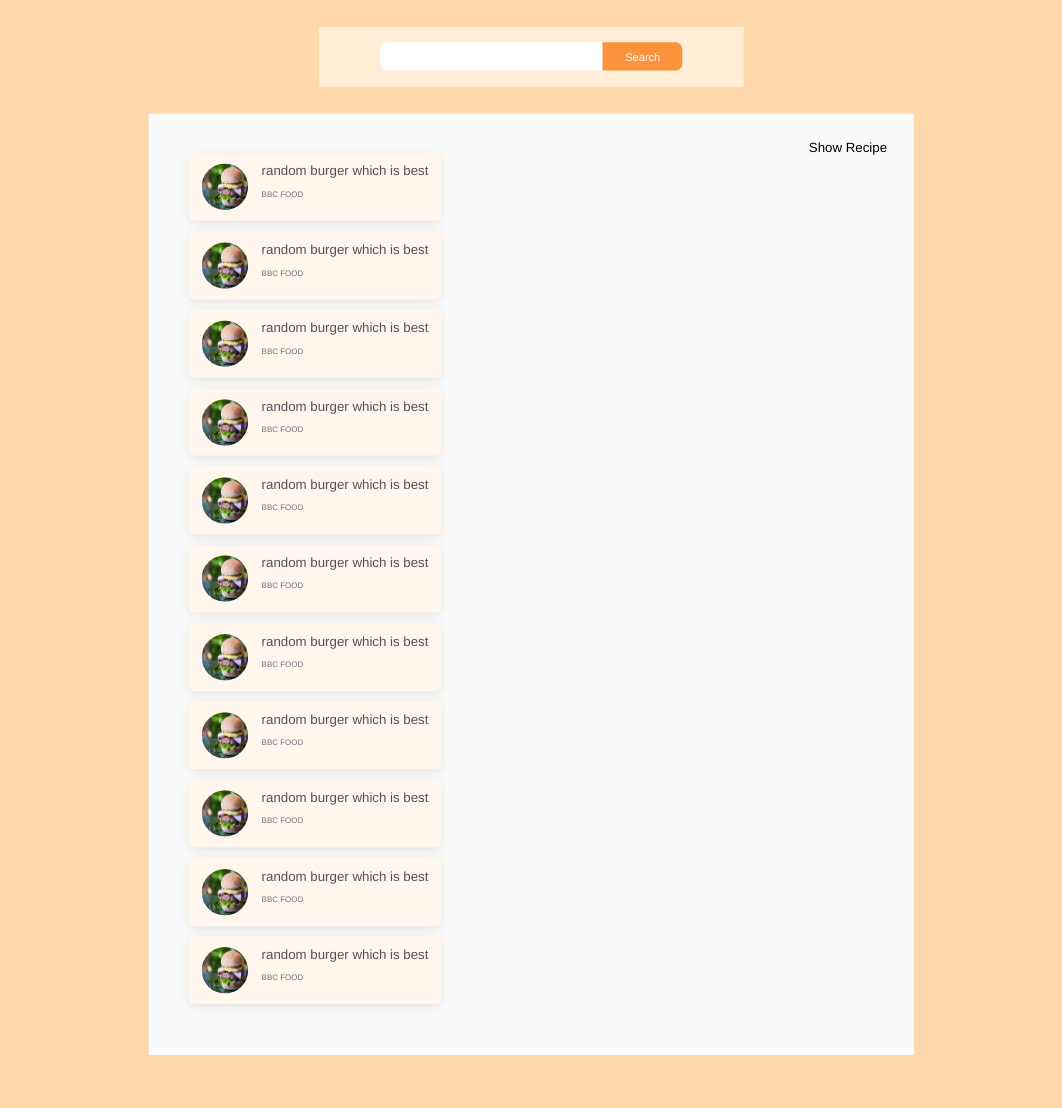
Repository: sandipkarmokar/recipeApp
Page: /
The author's editor kept a copy of each file at every save. The page is drawn from the files as they stood at one save, then again after the next save.
The browser window is 1280 px wide. The pictures show the whole page, at 83% of full size.
The project was rebuilt for these pictures with package versions that can differ from the ones it lists, and the page was loaded fresh each time.

Above is the page before, as saved 2022-04-16 12:27:28.

### src/App.js
import { useState } from 'react';
import './App.css';
import SearchBar from './components/searchBar';
import ListView from './components/listView';
import RecipeShow from './components/recipeShow';

const App = () => {
    const [query, setQuery] = useState('');
    const [recipeList, setRecipeList] = useState([]);
    const [isLoading, setIsLoading] = useState(true);
    const [recipeId, setRecipeId] = useState('');

    const url = `https://forkify-api.herokuapp.com/api/search?q=${query}`;
    const recipeUrl = `https://forkify-api.herokuapp.com/api/get?rId=${recipeId}`;

    return (
        <div className="app">
            <div className="app-container">
                <SearchBar></SearchBar>
                <div className="recipe-modal">
                    <ListView></ListView>
                    <RecipeShow></RecipeShow>
                </div>
            </div>
        </div>
    );
};

export default App;

### src/App.css
* {
    margin: 0;
    padding: 0;
    box-sizing: border-box;
    font-family: Helvetica, sans-serif;
}

.app {
    height: 100%;
    width: 100vw;
    background-color: #fed7aa;
}

.app .app-container {
    margin: 0 auto;
    width: 80%;
    padding: 2rem 0;
    display: flex;
    justify-content: center;
    flex-direction: column;
}

.app .app-container .searchBar {
    width: 50%;
    background-color: #ffedd5;
    padding: 1.2rem 1rem;
    margin: 0 auto;
    width: 50%;
    display: flex;
    justify-content: center;
}
.app .app-container .searchBar .searchBar-container {
    width: 80%;
    margin: 0 auto;
    display: flex;
    justify-content: center;
}
.app .app-container .searchBar .searchBar-container input {
    width: 70%;
    padding: 0.4rem 1rem;
    border: none;
    border-radius: 0.5rem 0 0 0.5rem;
}

.app .app-container .searchBar .searchBar-container button {
    width: 25%;
    padding: 0.6rem 1rem;
    background-color: #fb923c;
    border: none;
    color: #fff;
    border-radius: 0 0.5rem 0.5rem 0;
}

.app .app-container .recipe-modal {
    width: 90%;
    background-color: #fafafa;
    margin: 2rem auto;
    display: flex;
    justify-content: space-between;
    padding: 2rem;
}

.app .app-container .recipe-modal .recipeList {
    padding: 1rem;
}

.app
    .app-container
    .recipe-modal
    .recipeList
    .recipeList-container
    .recipe-item {
    display: flex;
    background-color: #fff7ed;
    padding: 0.8rem 1rem;
    margin-bottom: 0.8rem;
    box-shadow: 0px 5px 24px rgba(0, 0, 0, 0.04),
        0px 3.24074px 14.0556px rgba(0, 0, 0, 0.0303704),
        0px 1.92593px 7.64444px rgba(0, 0, 0, 0.0242963),
        0px 1px 3.9px rgba(0, 0, 0, 0.02),
        0px 0.407407px 1.95556px rgba(0, 0, 0, 0.0157037),
        0px 0.0925926px 0.944444px rgba(0, 0, 0, 0.00962963);
    border-radius: 0.4rem;
}
.app
    .app-container
    .recipe-modal
    .recipeList
    .recipeList-container
    .recipe-item
    img {
    height: 56px;
    width: 56px;
    border-radius: 100%;
}
.app
    .app-container
    .recipe-modal
    .recipeList
    .recipeList-container
    .recipe-item
    .info {
    display: flex;
    flex-direction: column;
    margin-left: 1rem;
}
.app
    .app-container
    .recipe-modal
    .recipeList
    .recipeList-container
    .recipe-item
    .info
    .title {
    color: #52525b;
    font-size: 1rem;
}
.app
    .app-container
    .recipe-modal
    .recipeList
    .recipeList-container
    .recipe-item
    .info
    .publisher {
    color: #71717a;
    font-size: 0.6rem;
    margin-top: 0.8rem;
}

.app .app-container .recipe-modal .recipeList {
    padding: 1rem;
}

### src/components/searchBar.js
import React from 'react';

const SearchBar = () => {
    return (
        <div className="searchBar">
            <form className="searchBar-container">
                <input type="text" />
                <button type="submit">Search</button>
            </form>
        </div>
    );
};

export default SearchBar;

### src/components/listView.js
import React from 'react';
import data from './data';

const ListView = () => {
    return (
        <div className="recipeList">
            <div className="recipeList-container">
                {data.map((el) => {
                    console.log(data);
                    return (
                        <div className="recipe-item">
                            <img src={el.img} alt="" />
                            <div className="info">
                                <p className="title">{el.title}</p>
                                <p className="publisher">{el.publisher}</p>
                            </div>
                        </div>
                    );
                })}
            </div>
        </div>
    );
};

export default ListView;

### src/components/recipeShow.js
import React from 'react';

const RecipeShow = () => {
    return (
        <div className="recipeShow">
            <div className="recipeShow-container">
                <p>Show Recipe</p>
            </div>
        </div>
    );
};

export default RecipeShow;

### src/components/data.js
import image from '../components/food.jpg';

const data = [
    {
        id: 1,
        img: image,
        title: 'random burger which is best',
        publisher: 'BBC FOOD',
    },
    {
        id: 1,
        img: image,
        title: 'random burger which is best',
        publisher: 'BBC FOOD',
    },
    {
        id: 1,
        img: image,
        title: 'random burger which is best',
        publisher: 'BBC FOOD',
    },
    {
        id: 1,
        img: image,
        title: 'random burger which is best',
        publisher: 'BBC FOOD',
    },
    {
        id: 1,
        img: image,
        title: 'random burger which is best',
        publisher: 'BBC FOOD',
    },
    {
        id: 1,
        img: image,
        title: 'random burger which is best',
        publisher: 'BBC FOOD',
    },
    {
        id: 1,
        img: image,
        title: 'random burger which is best',
        publisher: 'BBC FOOD',
    },
    {
        id: 1,
        img: image,
        title: 'random burger which is best',
        publisher: 'BBC FOOD',
    },
    {
        id: 1,
        img: image,
        title: 'random burger which is best',
        publisher: 'BBC FOOD',
    },
    {
        id: 1,
        img: image,
        title: 'random burger which is best',
        publisher: 'BBC FOOD',
    },
    {
        id: 1,
        img: image,
        title: 'random burger which is best',
        publisher: 'BBC FOOD',
    },
];

export default data;

Loaded but not shown: public/index.html (common file); src/index.js (common file); src/index.css (common file); src/reportWebVitals.js (common file)

After the next save:
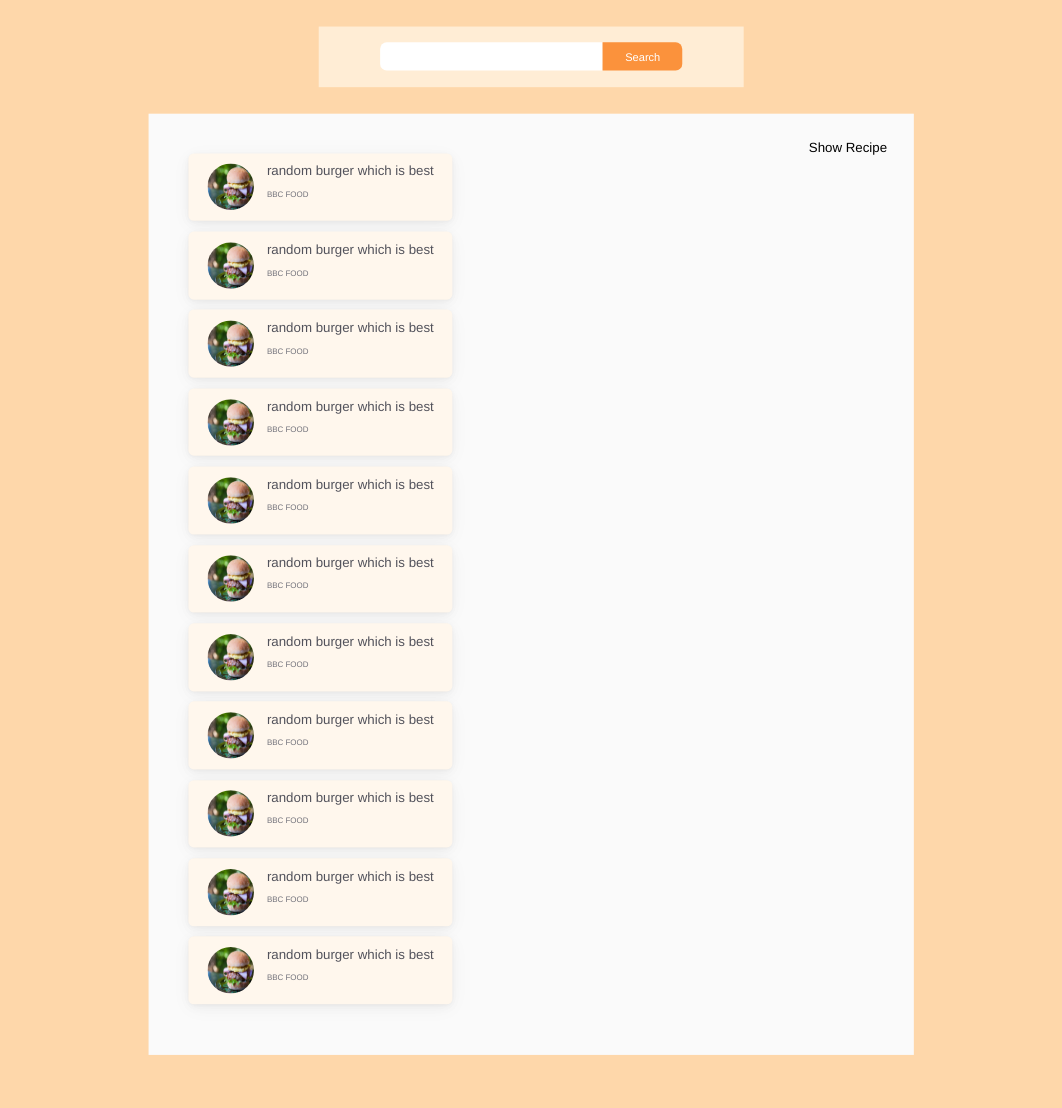
Saved 9 s later.
--- a/src/App.css
+++ b/src/App.css
@@ -72,7 +72,7 @@
     .recipe-item {
     display: flex;
     background-color: #fff7ed;
-    padding: 0.8rem 1rem;
+    padding: 0.8rem 1.4rem;
     margin-bottom: 0.8rem;
     box-shadow: 0px 5px 24px rgba(0, 0, 0, 0.04),
         0px 3.24074px 14.0556px rgba(0, 0, 0, 0.0303704),
